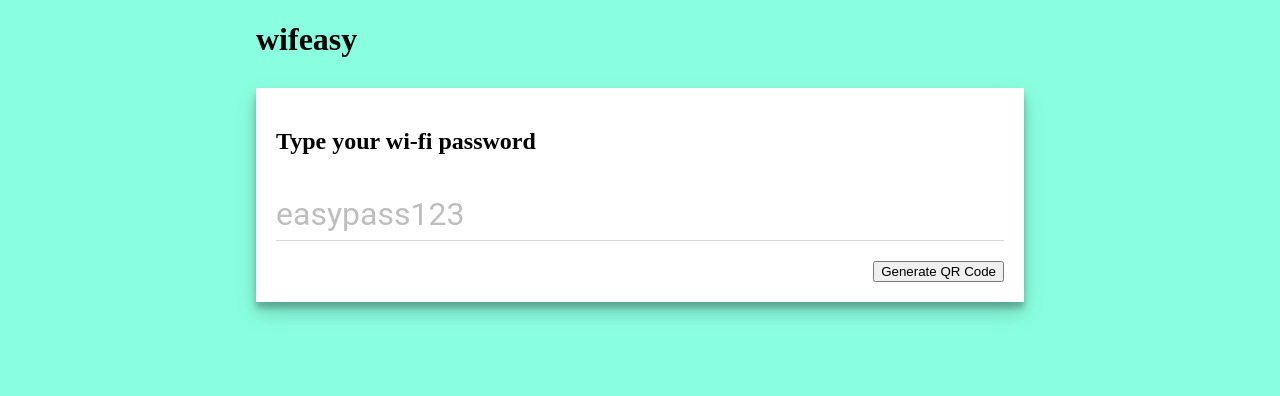
Repository: akagabi/wifeasy
Page: index.html
The author's editor kept a copy of each file at every save. The page is drawn from the files as they stood at one save, then again after the next save.
The browser window is 1280 px wide. The pictures show the whole page.

Above is the page before, as saved 2018-12-25 12:55:19.

### index.html
<!DOCTYPE html>
<html lang="en">
<head>
    <meta charset="UTF-8">
    <meta name="viewport" content="width=device-width, initial-scale=1.0">
    <meta http-equiv="X-UA-Compatible" content="ie=edge">
    <title>Wifeasy</title>
    <link rel="stylesheet" href="style.css">
    <script src="index.js"></script>
</head>
<body>
    <div class="wrapper">
        <header class="header">
            <h1 class="header__title">
                wifeasy
            </h1>
        </header>
        <section class="steps">
            <article class="steps__container">
                <form class="form">
                    <h2 class="steps__title">
                        Type your wi-fi password
                    </h2>
                    <label class="input__wrapper">
                        <div class="input__container">
                            <input type="text" class="input" placeholder="easypass123">
                            <div class="input__line"></div>
                            <span class="input__placeholder">
                                easypass123
                            </span>
                        </div>
                    </label>
                    <div class="buttons">
                        <button type="button">
                            Generate QR Code
                        </button>
                    </div>
                </form>
            </article>
            <article class="steps__container hidden">

            </article>
        </section>
    </div>
</body>
</html>

### style.css
body {
    background-color: rgb(138, 255, 223);
}

.wrapper {
    margin: 0 auto;
    max-width: 768px;
}

.header__title {
    margin-bottom: 30px;
}

.input__wrapper {
    display: block;
    margin-bottom: 20px;
}

  .input {
    font-family: "Roboto";
    background-color: transparent;
    border: 0;
    color: #333333;
    font-size: 32px;
    line-height: 1.13;
    margin-top: 23px;
    outline: none;
    margin-bottom: 5px;
    position: relative;
    transition: border 0.125s ease-in-out;
    width: 100%;
  }
  .input::placeholder {
    color: transparent;
  }

  .input:placeholder-shown + .input__line::after {
    width: 0;
  }

  .input:placeholder-shown ~ .input__placeholder {
    font-size: 32px;
    opacity: 0.25;
    transform: translateY(0);
  }

  .input__container {
    position: relative;
  }

  .input__line {
    background-color: rgba(102, 102, 102, 0.25);
    bottom: 0;
    height: 1px;
    left: 0;
    position: absolute;
    right: 0;
  }

  .input__line::after {
    background-color: #00a2b5;
    content: "";
    position: absolute;
    left: 0;
    height: 2px;
    bottom: 0;
    width: 100%;
    transition: width 0.325s ease-in-out;
  }

  .input__wrapper {
    display: block;
  }

  .input__placeholder {
    font-family: "Roboto";
    bottom: 8px;
    left: 0;
    position: absolute;
    opacity: 0;
    pointer-events: none;
    transition: all 0.125s ease-in-out;
  }

  .steps {
    background-color: #fff;
    box-shadow: 0 10px 20px rgba(0,0,0,0.19), 0 6px 6px rgba(0,0,0,0.23);
    padding: 20px;
  }

  .buttons {
    display: flex;
    justify-content: flex-end;
  }

  .button {
    padding: 20px;
  }

Loaded but not shown: index.js (no copy from this time; the picture is the same without it)

After the next save:
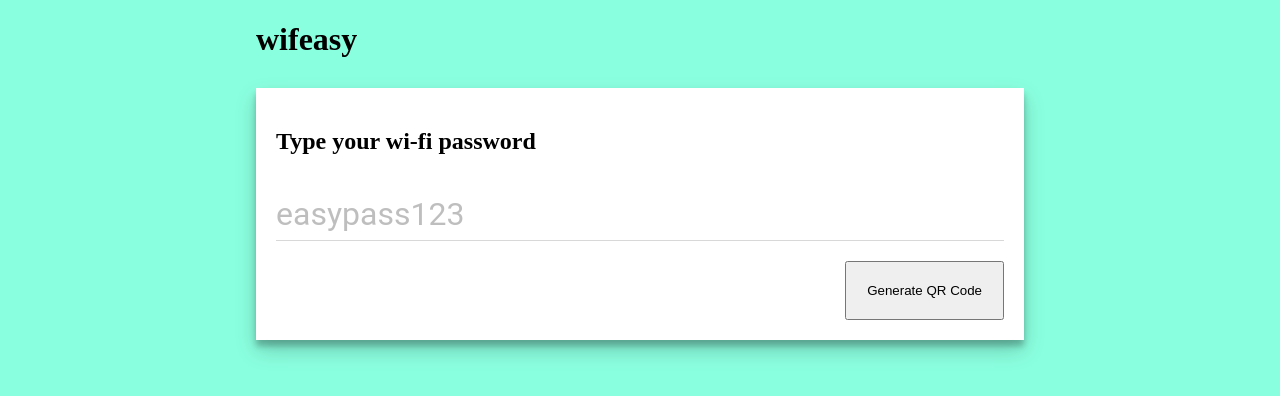
Saved 8 s later.
--- a/index.html
+++ b/index.html
@@ -31,7 +31,7 @@
                         </div>
                     </label>
                     <div class="buttons">
-                        <button type="button">
+                        <button class="button" type="button">
                             Generate QR Code
                         </button>
                     </div>
